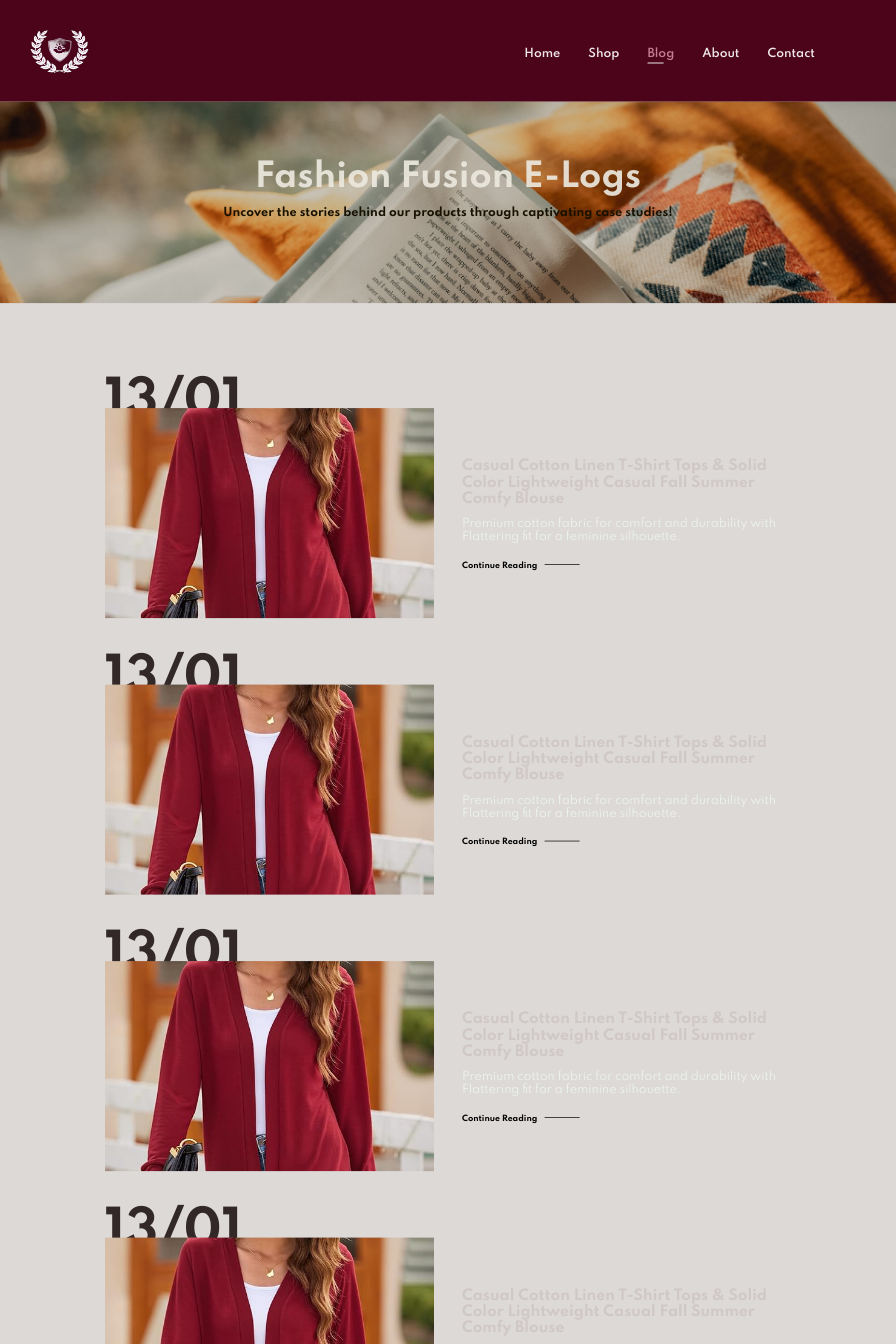
Repository: JhananiNallasamy/ECommerce-website-deployment
Page: blog.html
An editor plug-in stored every save of this project. The page is shown before and after the next save, followed by the edit.
The browser window is 1280 px wide. The pictures show the part of the page from y = 0 to 1920 px (the page is 3598 px tall), at 70% of full size.
Some web libraries are served in a nearby version.

Above is the page before, as saved 2024-05-05 10:28:40.

### blog.html
<!DOCTYPE html>
<html lang="en">
<head>
    <meta charset="UTF-8">
    <meta name="viewport" content="width=device-width, initial-scale=1.0">
    <title>E-COMMERCE WEBSITE</title>
    <link rel="stylesheet" href="https://pro.fontawesome.com/releases/v5.10.0/css/all.css"/>
    <link rel="stylesheet" href="style.css">
</head>

<body style="background-color: rgba(157, 149, 144, 0.353);">
    <section id="header">
        <a href="#"> <img src="img/logo.png" height="80px", width="90px" class="logo" alt="logo"> </a>

        <div>
            <ul id="navbar">
                <li><a href="index.html">Home</a></li>
                <li><a>Shop</a></li>
                <li><a class="active" href="blog.html">Blog</a></li>
                <li><a href="about.html">About</a></li>
                <li><a href="contact.html">Contact</a></li>
                <li id="lg-bag"><a href="cart.html"><i class="far fa-shopping-bag"></i></a></li>
                <a href="#" id="close"><i class="far fa-times"></i></a>
            </ul>
        </div>
        <div id="mobile">
            <a href="cart.html"><i class="far fa-shopping-bag"></i></a>
            <i id="bar" class="fas fa-outdent"></i>
        </div>
    </section>

    <!--nav bar code at top is over -->

    <section id="page-header" class="blog-header">

        <h2 style="color: #ebe7ddec">Fashion Fusion E-Logs</h2>
        <p style="color: #181100; font-weight: bold;">Uncover the stories behind our products through captivating case studies!</p><br>
    </section>

    <section id="blog">
        <div class="blog-box">
            <div class="blog-img">
                <img src="img/blog/f9a.png" alt="f9a in blog">
            </div>
            <div class="blog-details">
            <h4> Casual Cotton Linen T-Shirt Tops & Solid Color Lightweight Casual Fall Summer Comfy Blouse </h4>
            <p>Premium cotton fabric for comfort and durability with Flattering fit for a feminine silhouette.</p>
            <a href="#"> Continue Reading </a>
            </div>
            <h1>13/01</h1>
        </div>
        <div class="blog-box">
            <div class="blog-img">
                <img src="img/blog/f9a.png" alt="f9a in blog">
            </div>
            <div class="blog-details">
            <h4> Casual Cotton Linen T-Shirt Tops & Solid Color Lightweight Casual Fall Summer Comfy Blouse </h4>
            <p>Premium cotton fabric for comfort and durability with Flattering fit for a feminine silhouette.</p>
            <a href="#"> Continue Reading </a>
            </div>
            <h1>13/01</h1>
        </div>
        <div class="blog-box">
            <div class="blog-img">
                <img src="img/blog/f9a.png" alt="f9a in blog">
            </div>
            <div class="blog-details">
            <h4> Casual Cotton Linen T-Shirt Tops & Solid Color Lightweight Casual Fall Summer Comfy Blouse </h4>
            <p>Premium cotton fabric for comfort and durability with Flattering fit for a feminine silhouette.</p>
            <a href="#"> Continue Reading </a>
            </div>
            <h1>13/01</h1>
        </div>
        <div class="blog-box">
            <div class="blog-img">
                <img src="img/blog/f9a.png" alt="f9a in blog">
            </div>
            <div class="blog-details">
            <h4> Casual Cotton Linen T-Shirt Tops & Solid Color Lightweight Casual Fall Summer Comfy Blouse </h4>
            <p>Premium cotton fabric for comfort and durability with Flattering fit for a feminine silhouette.</p>
            <a href="#"> Continue Reading </a>
            </div>
            <h1>13/01</h1>
        </div>
        <div class="blog-box">
            <div class="blog-img">
                <img src="img/blog/f9a.png" alt="f9a in blog">
            </div>
            <div class="blog-details">
            <h4> Casual Cotton Linen T-Shirt Tops & Solid Color Lightweight Casual Fall Summer Comfy Blouse </h4>
            <p>Premium cotton fabric for comfort and durability with Flattering fit for a feminine silhouette.</p>
            <a href="#"> Continue Reading </a>
            </div>
            <h1>13/01</h1>
        </div>



    </section>
        <section id="pagination" class="section-p1">
        <a href="#">1</a>
        <a href="#">2</a>
        <a href="#"><i class="fal fa-long-arrow-alt-right"></i></a>
        </section>


    <section id="newsletter" class="section-p1 section-m1">
        <div class="newstext">
            <h4>Sign Up for Newsletters</h4>
            <p>Get E-mail updates about our latest shop and <span>special offers</span>.</p>
        </div>
        <div class="form">
            <input type="text" placeholder="Your E-mail Address">
            <button class="normal">Sign Up</button>
        </div>
    </section>

    <footer class="section-p1">
        <div class="col">
            <img class="logo" src="img/logo.png" alt="logo image">
            <h4 style="color: maroon;">Contact</h4>
            <p style="color: maroon;"><strong>Address:</strong>103 Washington Road,Street32,SanFransico</p>
            <p style="color: maroon;"><strong>Phone:</strong>(+91) 78936 41730</p>
            <p style="color: maroon;"><strong>Hours:</strong>24 hrs,Mon-Sun</p>
            <div class="follow">
                <h4 style="color: rgb(32, 2, 2);">Follow Us</h4>
                <div class="icon">
                    <i class="fab fa-facebook-f"></i>
                    <i class="fab fa-twitter"></i>
                    <i class="fab fa-instagram"></i>
                    <i class="fab fa-pinterest-p"></i>
                    <i class="fab fa-youtube"></i>
                </div>
            </div>
        </div>
        <div class="col">
            <h4 style="color: maroon;">About</h4>
            <a href="#">About Us</a>
            <a href="#">Delivery Information</a>
            <a href="#">Privacy Policy</a>
            <a href="#">Terms & Conditions</a>
            <a href="#">Contact Us</a>
        </div>
        <div class="col">
            <h4 style="color: maroon;">My Account</h4>
            <a href="#">Sign In</a>
            <a href="#">View Cart</a>
            <a href="#">My Wishlist</a>
            <a href="#">Track My Order</a>
            <a href="#">Help</a>
        </div>
        <div class="col install">
            <h4 style="color: maroon;">Install App</h4>
            <p style="color: rgb(29, 2, 2);">From App Store or Google Play</p>
            <div class="row">
                <img src="img/pay/app.jpg" alt="app img in pay folder">
                <img src="img/pay/play.jpg" alt="play img in pay folder">
            </div>
            <p style="color: rgb(30, 2, 2);">Secured Payment Gateways</p>
            <img src="img/pay/pay.png"  alt="pay img inside pay folder">
        </div>
            <div class="copyright">
                <p style="color: rgb(14, 1, 1);">© 2025, Jhanani - HTML CSS Ecommerce Template</p>
            </div>
        </footer>


    <script src="script.js"></script>

</body>
</html>

Loaded but not shown: script.js (17 lines, source omitted); style.css (858 lines, source omitted)

After the next save:
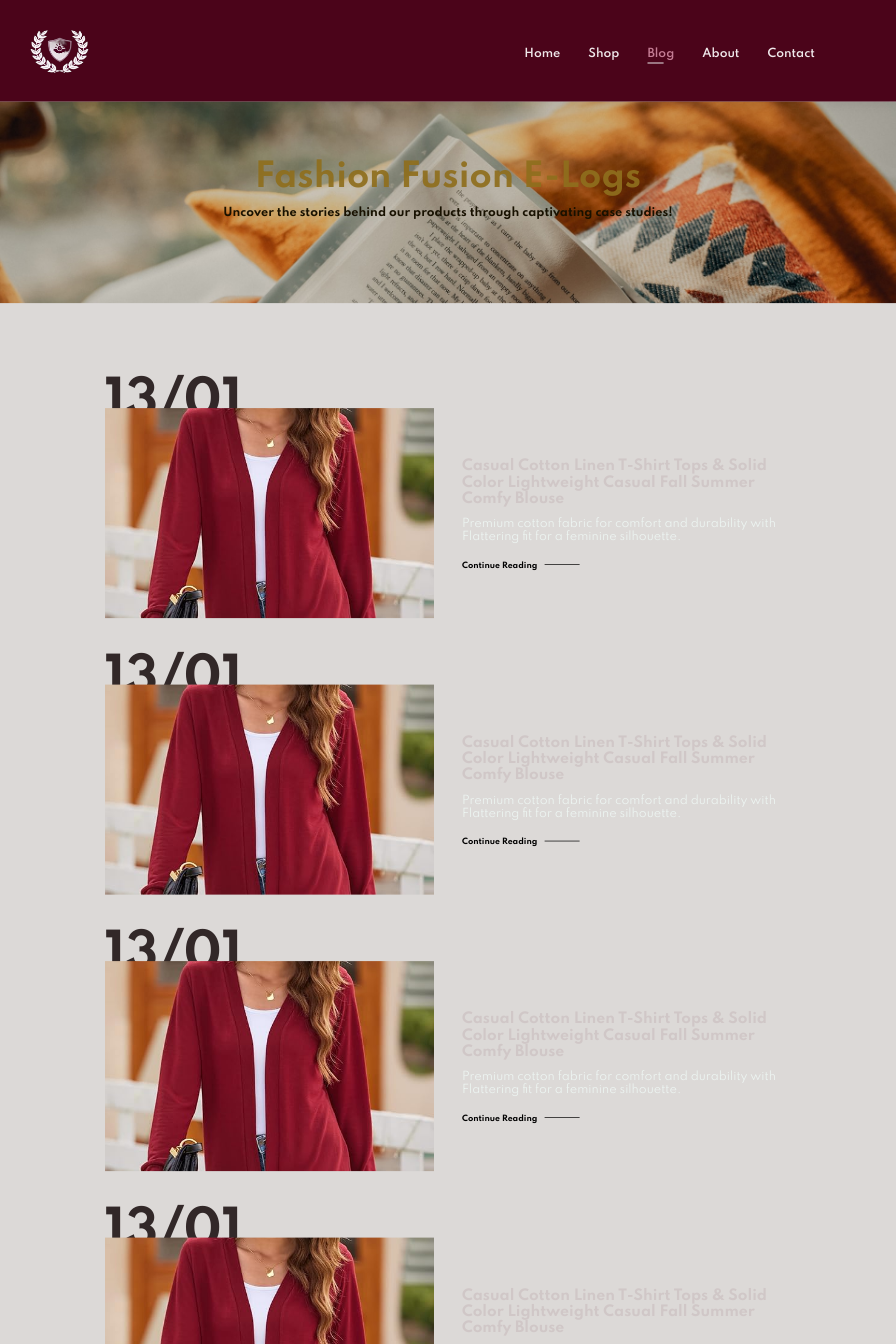
Saved 18 s later.
--- a/blog.html
+++ b/blog.html
@@ -33,7 +33,7 @@
 
     <section id="page-header" class="blog-header">
 
-        <h2 style="color: #ebe7ddec">Fashion Fusion E-Logs</h2>
+        <h2 style="color: #8f6e1dec">Fashion Fusion E-Logs</h2>
         <p style="color: #181100; font-weight: bold;">Uncover the stories behind our products through captivating case studies!</p><br>
     </section>
 
